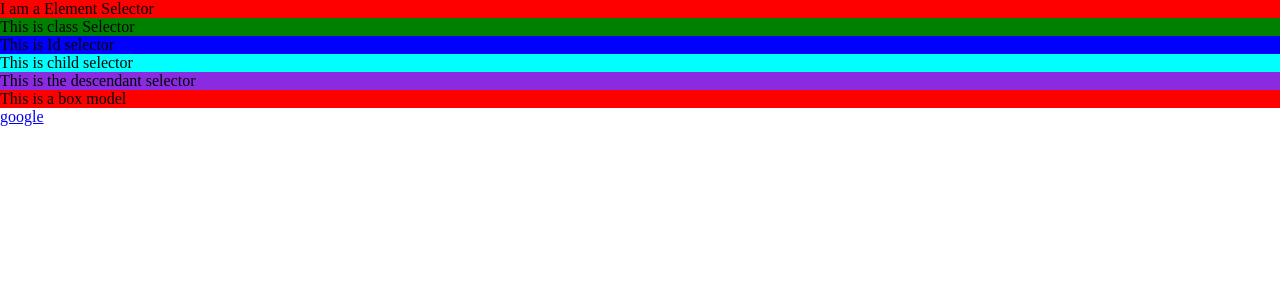
Repository: diensy/Web_dev
Page: first.css/selector.html
These files come from the project's save history. The page is drawn as it stood at one moment and after a run of saves; the edit follows.
The browser window is 1280 px wide. The pictures show the whole page.

Above is the page before, as saved 2024-05-22 20:31:07.

After the next 4 saves:
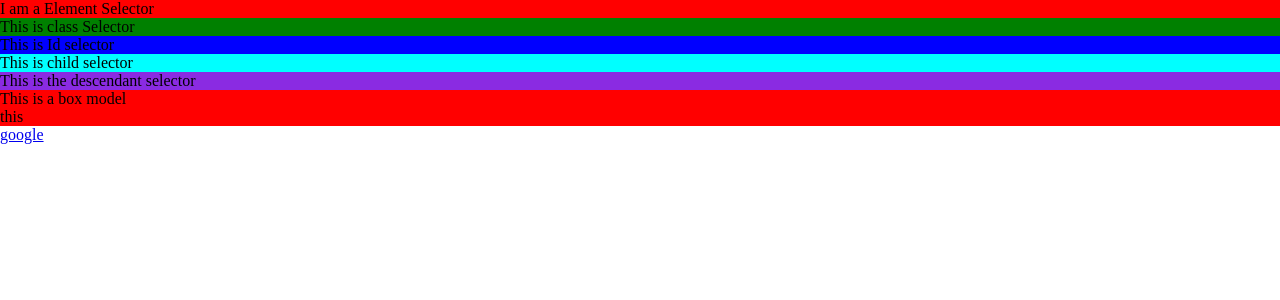
The 4 saves are shown as one change because they came seconds apart.
The last was saved 13 s later.
--- a/first.css/selector.html
+++ b/first.css/selector.html
@@ -55,7 +55,7 @@
       <div class="box1">
         This is a box model
       </div>
-      <div class=""></div>
+      <div class="box2"> this </div>
     <a href="https://www.google.com">google</a>
   </body>
 </html>
